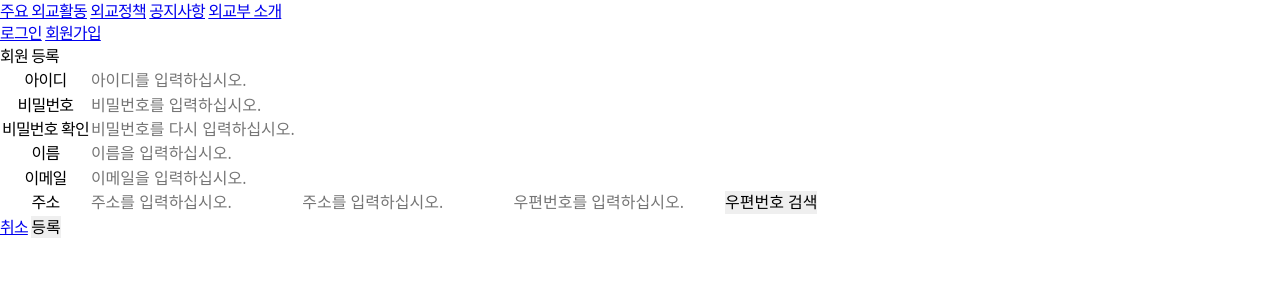
Repository: dllgkdud/pro07
Page: http://localhost/pro07/WEB-INF/views/users/add.jsp
The author's editor kept a copy of each file at every save. The page is drawn from the files as they stood at one save, then again after the next save.
The browser window is 1280 px wide. The pictures show the whole page.
Some web fonts or font styles are not loaded; a fallback is used. The page is served by Tomcat 9. Nobody is signed in. Other server files are loaded and not shown. The template is opened directly, without the code that normally fills it, so the values that code supplies are empty.

Above is the page before, as saved 2022-12-30 04:54:44.

### pro07/src/main/webapp/WEB-INF/views/users/add.jsp
<%@ page language="java" contentType="text/html; charset=UTF-8"
    pageEncoding="UTF-8"%>
<%@ taglib prefix="c" uri="http://java.sun.com/jsp/jstl/core"  %>
<%@ taglib prefix="fmt" uri="http://java.sun.com/jsp/jstl/fmt" %>
<%@ taglib prefix="fn" uri = "http://java.sun.com/jsp/jstl/functions" %>
<c:set var="path1" value="${pageContext.request.contextPath }" />
<!DOCTYPE html>
<html>
<head>
	<meta charset="UTF-8">
    <meta http-equiv="X-UA-Compatible" content="IE=edge">
    <meta name="viewport" content="width=device-width, initial-scale=1.0, user-scalable=no">
	<title>회원 등록 | 외교부</title>
	<jsp:include page="../common/head.jsp"></jsp:include>
</head>
<body>
<header><jsp:include page="../common/header.jsp"></jsp:include></header>
	<h2>회원 등록</h2>
	<!-- action="${path1 }/notice/add.do" method="post" -->
	<form >
		<table class="table">
			<tr>
				<th>아이디</th>
				<td>
					<input type="text" name="id" id="id" placeholder="아이디를 입력하십시오." required>
				</td>
			</tr>
			<tr>
				<th>비밀번호</th>
				<td><input type="password" name="pw" id="pw" placeholder="비밀번호를 입력하십시오." required></td>
			</tr>
			<tr>
				<th>비밀번호 확인</th>
				<td><input type="password" name="pw2" id="pw2" placeholder="비밀번호를 다시 입력하십시오." required></td>
			</tr>
			<tr>
				<th>이름</th>
				<td><input type="text" name="name" id="name" placeholder="이름을 입력하십시오." required></td>
			</tr>
			<tr>
				<th>이메일</th>
				<td><input type="email" name="email" id="email" placeholder="이메일을 입력하십시오." required></td>
			</tr>
			<tr>
				<th>주소</th>
				<td>
					<input type="text" name="address" id="address" placeholder="주소를 입력하십시오." required>
					<input type="text" name="address2" id="address2" placeholder="주소를 입력하십시오." required />
					<input type="text" name="postcode" id="postcode" placeholder="우편번호를 입력하십시오." required>
					<button id="button" onclick="findAddr()" class="button">우편번호 검색</button>
				</td>
			</tr>
		</table>
		<div class="button_group">
			<a href="${path1 }/users/list" class="reset_btn">취소</a>
			<input type="submit" class="submit_btn" value="등록">
		</div>
	</form>
</body>
</html>

### pro07/src/main/webapp/WEB-INF/views/common/head.jsp
<%@ page language="java" contentType="text/html; charset=UTF-8"
    pageEncoding="UTF-8"%>

    <!-- open graph -->
    <meta name="author" content="외교부" />
	<meta name="keywords" content="외교부,외교부,여권,비자,재외공관" />
	<meta name="description" content="외교부 홈페이지에 오신것을 환영합니다." />
	<meta property="og:type" content="website" />
	<meta property="og:title" content="외교부" />
	<meta property="og:site_name" content="외교부" />
	<meta property="og:description" content="외교부" />
	<meta property="og:url" content="https://dllgkdud.github.io/web07" />
	<meta property="og:image" content="http://localhost:8097/mofa/resources/assets/siteimg.png" />

	<!-- absolute path -->
	<link rel="shortcut icon" href="http://localhost:8097/mofa/resources/assets/icon/favicon.ico">
    <link rel="icon" type="image/png" href="http://localhost:8097/mofa/resources/assets/icon/favicon-16X16.png" sizes="16x16">
    <link rel="icon" type="image/png" href="http://localhost:8097/mofa/resources/assets/icon/favicon-32X32.png" sizes="32x32">
    <link rel="icon" type="image/png" href="http://localhost:8097/mofa/resources/assets/icon/favicon-48X48.png" sizes="48x48">

	<link rel="stylesheet" href="http://localhost:8097/mofa/resources/assets/css/default.css" type="text/css">
	<link rel="stylesheet" href="http://localhost:8097/mofa/resources/assets/css/main.css" type="text/css">

### pro07/src/main/webapp/WEB-INF/views/common/header.jsp
<%@ page language="java" contentType="text/html; charset=UTF-8"
    pageEncoding="UTF-8"%>
<%@ taglib prefix="c" uri="http://java.sun.com/jsp/jstl/core"  %>
<%@ taglib prefix="fmt" uri="http://java.sun.com/jsp/jstl/fmt" %>
<%@ taglib prefix="fn" uri = "http://java.sun.com/jsp/jstl/functions" %>
<c:set var="path1" value="${pageContext.request.contextPath }" />
<header>
	<div class="gnb">
		<a href="#">주요 외교활동</a>
		<a href="#">외교정책</a>
		<a href="${path1 }/notice/list">공지사항</a>
		<a href="#">외교부 소개</a>
	</div>
	<div class="tnb">
		<a href="#">로그인</a>
		<a href="${path1 }/user/add">회원가입</a>
	</div>
</header>

### pro07/src/main/webapp/resources/assets/css/default.css
/*# sourceURL=resources/assets/css/default.css */
@charset "UTF-8";

/* font */
/* bebas-neue-regular - latin-ext_latin */
@font-face { font-family: 'Bebas Neue'; font-style: normal; font-weight: 400; src: url("/www-new/css/../fonts/bebas-neue-v2-latin-ext_latin-regular.eot"); /* IE9 Compat Modes */ src: local(""), url("/www-new/css/../fonts/bebas-neue-v2-latin-ext_latin-regular.eot?#iefix") format("embedded-opentype"), url("/www-new/css/../fonts/bebas-neue-v2-latin-ext_latin-regular.woff2") format("woff2"), url("/www-new/css/../fonts/bebas-neue-v2-latin-ext_latin-regular.woff") format("woff"), url("/www-new/css/../fonts/bebas-neue-v2-latin-ext_latin-regular.ttf") format("truetype"), url("/www-new/css/../fonts/bebas-neue-v2-latin-ext_latin-regular.svg#BebasNeue") format("svg"); /* Legacy iOS */ }

/* playfair-display-regular - latin */
@font-face { font-family: 'Playfair Display'; font-style: normal; font-weight: 400; src: url("/www-new/css/../fonts/playfair-display-v22-latin-regular.eot"); /* IE9 Compat Modes */ src: local(""), url("/www-new/css/../fonts/playfair-display-v22-latin-regular.eot?#iefix") format("embedded-opentype"), url("/www-new/css/../fonts/playfair-display-v22-latin-regular.woff2") format("woff2"), url("/www-new/css/../fonts/playfair-display-v22-latin-regular.woff") format("woff"), url("/www-new/css/../fonts/playfair-display-v22-latin-regular.ttf") format("truetype"), url("/www-new/css/../fonts/playfair-display-v22-latin-regular.svg#PlayfairDisplay") format("svg"); /* Legacy iOS */ }
@font-face { font-family: 'Playfair Display'; font-style: normal; font-weight: 500; src: url("/www-new/css/../fonts/playfair-display-v22-latin-500.eot"); /* IE9 Compat Modes */ src: local(""), url("/www-new/css/../fonts/playfair-display-v22-latin-500.eot?#iefix") format("embedded-opentype"), url("/www-new/css/../fonts/playfair-display-v22-latin-500.woff2") format("woff2"), url("/www-new/css/../fonts/playfair-display-v22-latin-500.woff") format("woff"), url("/www-new/css/../fonts/playfair-display-v22-latin-500.ttf") format("truetype"), url("/www-new/css/../fonts/playfair-display-v22-latin-500.svg#PlayfairDisplay") format("svg"); /* Legacy iOS */ }
@font-face { font-family: 'Playfair Display'; font-style: normal; font-weight: 600; src: url("/www-new/css/../fonts/playfair-display-v22-latin-600.eot"); /* IE9 Compat Modes */ src: local(""), url("/www-new/css/../fonts/playfair-display-v22-latin-600.eot?#iefix") format("embedded-opentype"), url("/www-new/css/../fonts/playfair-display-v22-latin-600.woff2") format("woff2"), url("/www-new/css/../fonts/playfair-display-v22-latin-600.woff") format("woff"), url("/www-new/css/../fonts/playfair-display-v22-latin-600.ttf") format("truetype"), url("/www-new/css/../fonts/playfair-display-v22-latin-600.svg#PlayfairDisplay") format("svg"); /* Legacy iOS */ }

/* eb-garamond-regular - latin */
@font-face { font-family: 'EB Garamond'; font-style: normal; font-weight: 400; src: url("/www-new/css/../fonts/eb-garamond-v15-latin-regular.eot"); /* IE9 Compat Modes */ src: local(""), url("/www-new/css/../fonts/eb-garamond-v15-latin-regular.eot?#iefix") format("embedded-opentype"), url("/www-new/css/../fonts/eb-garamond-v15-latin-regular.woff2") format("woff2"), url("/www-new/css/../fonts/eb-garamond-v15-latin-regular.woff") format("woff"), url("/www-new/css/../fonts/eb-garamond-v15-latin-regular.ttf") format("truetype"), url("/www-new/css/../fonts/eb-garamond-v15-latin-regular.svg#EBGaramond") format("svg"); /* Legacy iOS */ }
@font-face { font-family: 'EB Garamond'; font-style: normal; font-weight: 500; src: url("/www-new/css/../fonts/eb-garamond-v15-latin-500.eot"); /* IE9 Compat Modes */ src: local(""), url("/www-new/css/../fonts/eb-garamond-v15-latin-500.eot?#iefix") format("embedded-opentype"), url("/www-new/css/../fonts/eb-garamond-v15-latin-500.woff2") format("woff2"), url("/www-new/css/../fonts/eb-garamond-v15-latin-500.woff") format("woff"), url("/www-new/css/../fonts/eb-garamond-v15-latin-500.ttf") format("truetype"), url("/www-new/css/../fonts/eb-garamond-v15-latin-500.svg#EBGaramond") format("svg"); /* Legacy iOS */ }
@font-face { font-family: 'EB Garamond'; font-style: normal; font-weight: 600; src: url("/www-new/css/../fonts/eb-garamond-v15-latin-600.eot"); /* IE9 Compat Modes */ src: local(""), url("/www-new/css/../fonts/eb-garamond-v15-latin-600.eot?#iefix") format("embedded-opentype"), url("/www-new/css/../fonts/eb-garamond-v15-latin-600.woff2") format("woff2"), url("/www-new/css/../fonts/eb-garamond-v15-latin-600.woff") format("woff"), url("/www-new/css/../fonts/eb-garamond-v15-latin-600.ttf") format("truetype"), url("/www-new/css/../fonts/eb-garamond-v15-latin-600.svg#EBGaramond") format("svg"); /* Legacy iOS */ }
@font-face { font-family: 'EB Garamond'; font-style: normal; font-weight: 700; src: url("/www-new/css/../fonts/eb-garamond-v15-latin-700.eot"); /* IE9 Compat Modes */ src: local(""), url("/www-new/css/../fonts/eb-garamond-v15-latin-700.eot?#iefix") format("embedded-opentype"), url("/www-new/css/../fonts/eb-garamond-v15-latin-700.woff2") format("woff2"), url("/www-new/css/../fonts/eb-garamond-v15-latin-700.woff") format("woff"), url("/www-new/css/../fonts/eb-garamond-v15-latin-700.ttf") format("truetype"), url("/www-new/css/../fonts/eb-garamond-v15-latin-700.svg#EBGaramond") format("svg"); /* Legacy iOS */ }

/* Noto Sans */
@font-face { font-family: 'Noto Sans'; font-weight: 200; font-style: normal; src: url("/www-new/css/../fonts/NotoSansKR-Light.eot"); src: local(��), url("/www-new/css/../fonts/NotoSansKR-Light.eot#iefix") format("embedded-opentype"), url("/www-new/css/../fonts/NotoSansKR-Light.woff") format("woff"), url("/www-new/css/../fonts/NotoSansKR-Light.otf") format("opentype"); }
@font-face { font-family: 'Noto Sans'; font-weight: 300; font-style: normal; src: url("/www-new/css/../fonts/NotoSansKR-DemiLight.eot"); src: local(��), url("/www-new/css/../fonts/NotoSansKR-DemiLight.eot#iefix") format("embedded-opentype"), url("/www-new/css/../fonts/NotoSansKR-DemiLight.woff") format("woff"), url("/www-new/css/../fonts/NotoSansKR-DemiLight.otf") format("opentype"); }
@font-face { font-family: 'Noto Sans'; font-weight: 400; font-style: normal; src: url("/www-new/css/../common/fonts/NotoSansKR-Regular.eot"); src: local(��), url("/www-new/css/../fonts/NotoSansKR-Regular.eot#iefix") format("embedded-opentype"), url("/www-new/css/../fonts/NotoSansKR-Regular.woff") format("woff"), url("/www-new/css/../fonts/NotoSansKR-Regular.otf") format("opentype"); }
@font-face { font-family: 'Noto Sans'; font-weight: 500; font-style: normal; src: url("/www-new/css/../fonts/NotoSansKR-Medium.eot"); src: local(��), url("/www-new/css/../fonts/NotoSansKR-Medium.eot#iefix") format("embedded-opentype"), url("/www-new/css/../fonts/NotoSansKR-Medium.woff") format("woff"), url("/www-new/css/../fonts/NotoSansKR-Medium.otf") format("opentype"); }
@font-face { font-family: 'Noto Sans'; font-weight: 700; font-style: normal; src: url("/www-new/css/../fonts/NotoSansKR-Bold.eot"); src: local(��), url("/www-new/css/../fonts/NotoSansKR-Bold.eot#iefix") format("embedded-opentype"), url("/www-new/css/../fonts/NotoSansKR-Bold.woff") format("woff"), url("/www-new/css/../fonts/NotoSansKR-Bold.otf") format("opentype"); }

/* NanumMyeongjo */
@font-face { font-family: 'NanumMyeongjo'; font-style: normal; font-weight: 400; src: local("��"), url("/www-new/css/../fonts/NanumMyeongjoR.woff2") format("woff2"), url("/www-new/css/../fonts/NanumMyeongjoR.woff") format("woff"), url("/www-new/css/../fonts/NanumMyeongjoR.ttf") format("truetype"), url("/www-new/css/../fonts/NanumMyeongjoR.otf") format("opentype"), url("/www-new/css/../fonts/NanumMyeongjoR.eot") format("embedded-opentype"); }
@font-face { font-family: 'NanumMyeongjo'; font-style: normal; font-weight: 700; src: local("��"), url("/www-new/css/../fonts/NanumMyeongjoB.woff2") format("woff2"), url("/www-new/css/../fonts/NanumMyeongjoB.woff") format("woff"), url("/www-new/css/../fonts/NanumMyeongjoB.ttf") format("truetype"), url("/www-new/css/../fonts/NanumMyeongjoB.otf") format("opentype"), url("/www-new/css/../fonts/NanumMyeongjoB.eot") format("embedded-opentype"); }
@font-face { font-family: 'NanumMyeongjo'; font-style: normal; font-weight: 900; src: local("��"), url("/www-new/css/../fonts/NanumMyeongjoEB.woff2") format("woff2"), url("/www-new/css/../fonts/NanumMyeongjoEB.woff") format("woff"), url("/www-new/css/../fonts/NanumMyeongjoEB.ttf") format("truetype"), url("/www-new/css/../fonts/NanumMyeongjoEB.otf") format("opentype"), url("/www-new/css/../fonts/NanumMyeongjoEB.eot") format("embedded-opentype"); }
@font-face { font-family: 'GmarketSans'; font-style: normal; font-weight: 300; src: local("��"), url("/www-new/css/../fonts/GmarketSansLight.woff2") format("woff2"), url("/www-new/css/../fonts/GmarketSansLight.woff") format("woff"); }
@font-face { font-family: 'GmarketSans'; font-style: normal; font-weight: 500; src: local("��"), url("/www-new/css/../fonts/GmarketSansMedium.woff2") format("woff2"), url("/www-new/css/../fonts/GmarketSansMedium.woff") format("woff"); }
@font-face { font-family: 'GmarketSans'; font-style: normal; font-weight: 600; src: local("��"), url("/www-new/css/../fonts/GmarketSansBold.woff2") format("woff2"), url("/www-new/css/../fonts/GmarketSansBold.woff") format("woff"); }

/* reset.css */
html, body, div, span, iframe, h1, h2, h3, h4, h5, h6, p, a, abbr, address, em, img, small, strike, strong, sub, sup, var, b, u, i, center, dl, dt, dd, ul, ol, li, form, fieldset, legend, label, input, button, select, textarea, header, main, footer, section, article, aside, menu, nav, table, tbody, tfoot, thead, tr, th, td { margin: 0; padding: 0; border: 0; font-size: 100%; font: inherit; -webkit-box-sizing: border-box; box-sizing: border-box; }
html, body { width: 100%; height: 100%; }
body { font-size: 16px; line-height: 1.4; color: #000; letter-spacing: -0.05em; font-family: 'Open Sans','Noto Sans','sans-serif'; }


/* header */
.header {height: 145px;position: absolute;left: 0;top: 0;overflow: hidden;z-index: 100;background-color: #fff;width: 100%;/* box-shadow: 0px 0px 8px 4px rgb(51 51 51 / 20%); */}
.header:after { content: ''; display: block; clear: both; }
.header:before {position: absolute;left: 0;top: 146px;bottom: 0;width: 400px;height: calc(100% - 144px);background: #14296c url("/www-new/css/../images/common/bg_gnb.jpg") no-repeat right top/100% auto;content: '';}
.header .top_menu {width: 100%;height: 60px;margin: 0 auto;display: flex;align-items: center;justify-content: space-between;font-size: 12px;line-height: 30px;font-family: "Noto Sans", "sans-serif";/* border-bottom: 1px solid; */}
.header .top_menu:after { content: ''; display: block; clear: both; }

/* footer */

### pro07/src/main/webapp/resources/assets/css/main.css
/*# sourceURL=resources/assets/css/main.css */
@charset "UTF-8";

/* media */
@media screen and (max-width:767px) {
  body, html { margin: 0; padding: 0; }
  .container { display: flex; flex-direction: row; }
  .container .flex-wrap { flex-basis: 767px; }
  .player .viewer { max-width:100vw;d width:auto; }
  i > img {  max-width: 100vw; height: auto; }
  .east_area { display: block; }
}
@media screen and (min-width:768px) and (max-width:959px){
  body, html { margin: 0; padding: 0; }
  .player .viewer { max-width:100vw; width:auto; }
  i > img { max-width: 100vw; height: auto; }
}
@media screen and (min-width:960px) {
  body, html { margin: 0; padding: 0; }
  .player .viewer { max-width:100vw; width:auto; }
  i > img { min-width: 100vw;  height: auto; }
}

/* header */
.nav-tabs .nav-link { border: none; }
.nav-tabs .nav-link:hover { border-bottom: 2px solid #a47e4f; }

/* main */
.ml-3 { margin-left: 1rem!important; }
.sns_channel { white-space: nowrap; overflow-x: auto; overflow-y: hidden; font-size: 0; line-height: 0; }
.sns_channer > ol > li { padding: 2px; text-align: center; margin-right: 42px; width: 416px; display: inline-block;
vertical-align: top; line-height: 1.4; font-size: 16px; }
.sns_channel ol > li div[tabindex] { overflow-x: hidden; overflow-y: auto; width: 100%;
position: relative; z-index: 1; background-color: #fff; }
.center { text-align: center; }
.east_area > li.dokdo { background-image: url(https://www.mofa.go.kr/www-new/css/../images/main/bg_east_dokdo.png); }
.east_area > li { margin-bottom: 40px; height: 260px; padding: 43px 50px 0; position: relative;
background-repeat: no-repeat; background-size: cover; background-position: center; }
.east_area > li.sea { background-image: url(https://www.mofa.go.kr/www-new/css/../images/main/bg_east_sea.png); }
.east_area > li:last-of-type { margin-bottom: 0; }
.east_btn button { padding: 0.3em; background-color: rgba(0,0,0,0.2); color: #fff; border: 1px solid #fff; }
.east_btn button:hover { background-color: #fff; color: #222; }

/* breadcrumbs */
.breadcrumbs #bc:after { content:" > "; }
.breadcrumbs #bc:last-child { content:""; }

/* agree */
.agree { width: 90vw; white-space: pre-wrap; margin: 2rem 5rem; padding: 10px; border: 1px solid #eee; height: 400px; overflow-y: auto; }
.agree_ck { text-align: left; padding-left: 1rem; }
label[for="ck2"] { margin-bottom:1rem; }
label[for="ck3"] { margin-top:1rem; }

/* page */
#tit_eff { color: #0c3975; }
.his_info > ul { position: relative; padding-left: 50px; }
.his_info > ul:before { content: ''; position: absolute; left: 50px; top: 24px; width: 1px; height: 100%; background-color: #dfdfdf; }
li:before { position: absolute; left: 0; top: 0.6em; width: 5px; height: 2px; display: inline-block; content: ''; background-color: #a5b4c3; }

/* footer */
div.nav span { padding: 0.8rem; }

After the next save:
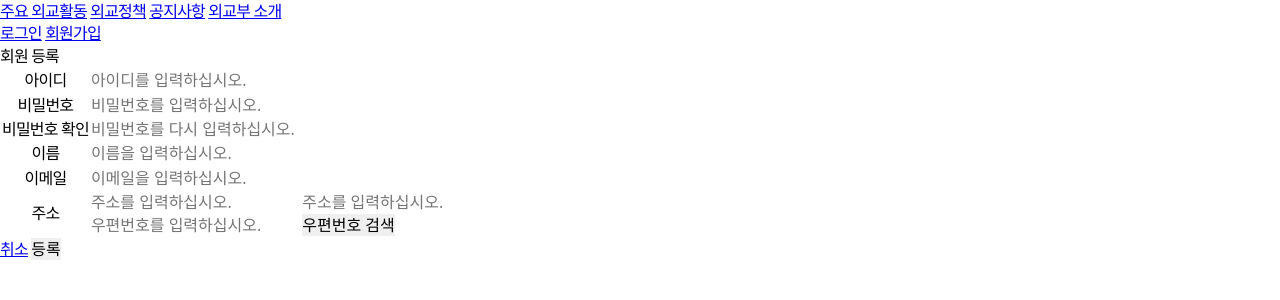
Saved 23 s later.
--- a/pro07/src/main/webapp/WEB-INF/views/users/add.jsp
+++ b/pro07/src/main/webapp/WEB-INF/views/users/add.jsp
@@ -45,7 +45,7 @@
 				<th>주소</th>
 				<td>
 					<input type="text" name="address" id="address" placeholder="주소를 입력하십시오." required>
-					<input type="text" name="address2" id="address2" placeholder="주소를 입력하십시오." required />
+					<input type="text" name="address2" id="address2" placeholder="주소를 입력하십시오." required><br>
 					<input type="text" name="postcode" id="postcode" placeholder="우편번호를 입력하십시오." required>
 					<button id="button" onclick="findAddr()" class="button">우편번호 검색</button>
 				</td>
